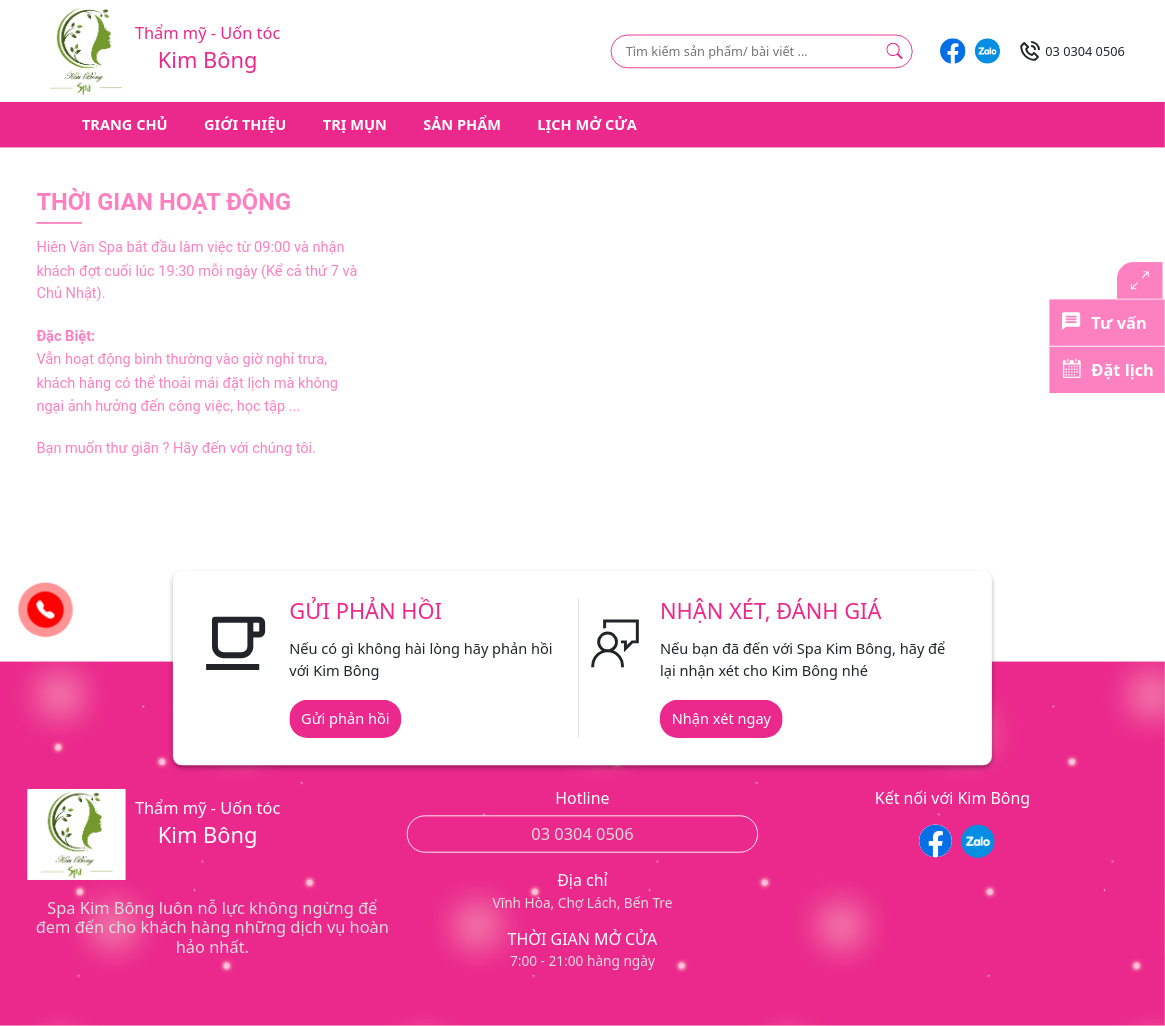
Repository: tranduykhuong/SpaKimBong
Page: /calendar
An editor plug-in stored every save of this project. The page is shown before and after a run of saves, followed by the edit.
The browser window is 1280 px wide. The pictures show the whole page, at 91% of full size.
The project was rebuilt for these pictures with package versions that can differ from the ones it lists, and the page was loaded fresh each time. Also part of the build but not shown: src/components/Banner/banner.scss, src/components/Banner/Banner.js, src/pages/Home/home.scss, src/pages/Home/ListImage/listImage.scss, src/pages/Home/ListImage/ListImage.js, src/pages/Home/BookOnline/bookOnl.scss, src/pages/Home/BookOnline/Modal/ModalBook/modalbook.scss, src/pages/Home/BookOnline/Modal/ModalBook/modalbook.js and 24 more.

Above is the page before, as saved 2022-06-06 23:27:08.

After the next 2 saves:
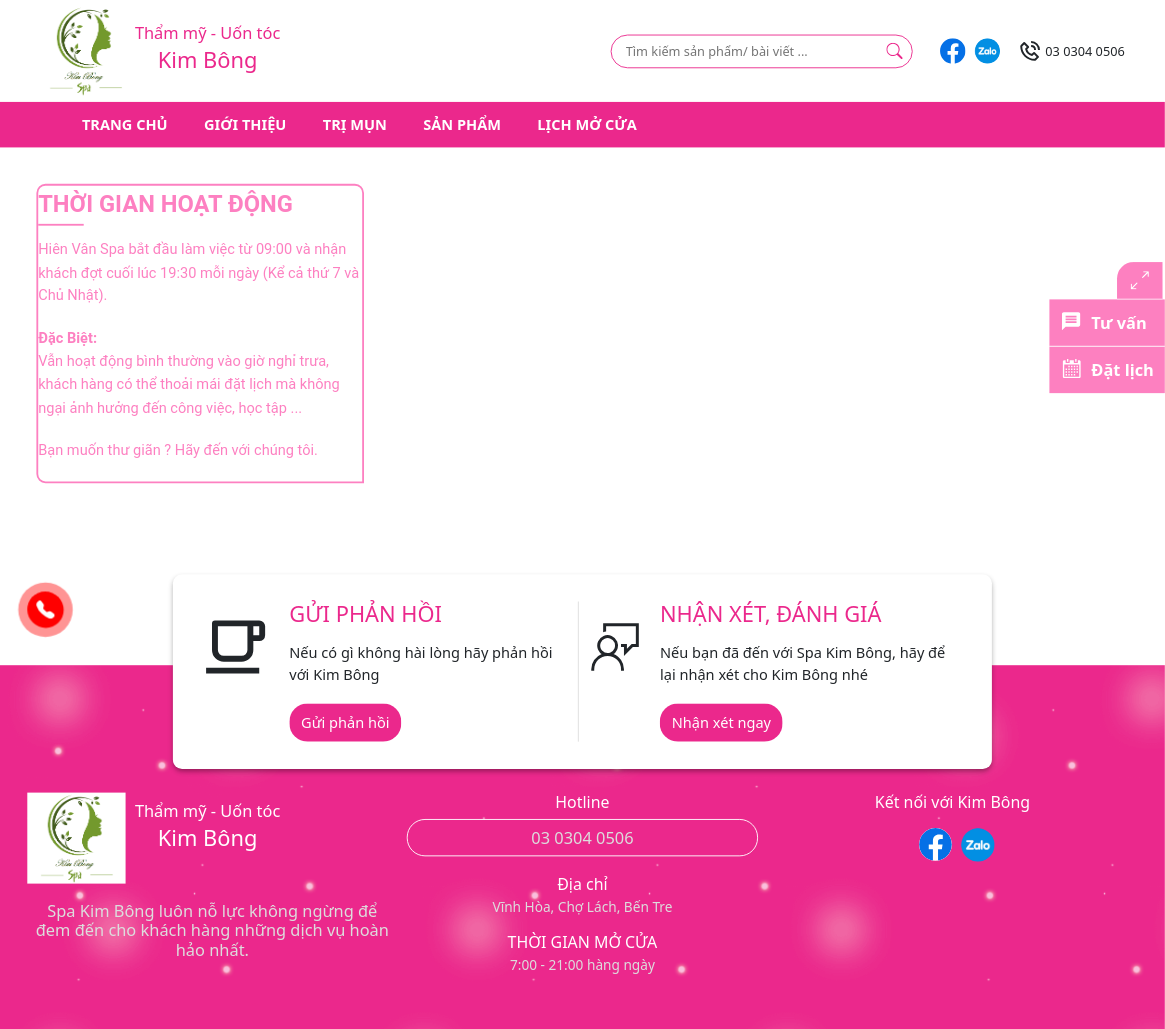
The 2 saves are shown as one change because they came seconds apart.
The last was saved 28 s later.
--- a/src/pages/Calendar/calendar.scss
+++ b/src/pages/Calendar/calendar.scss
@@ -9,6 +9,7 @@
 
       .calendar-content {
         width: 30%;
+        border: solid 2px #fd80c1;
         border-bottom-left-radius: 10px;
         border-top-left-radius: 10px;
         border-top-right-radius: 10px;
